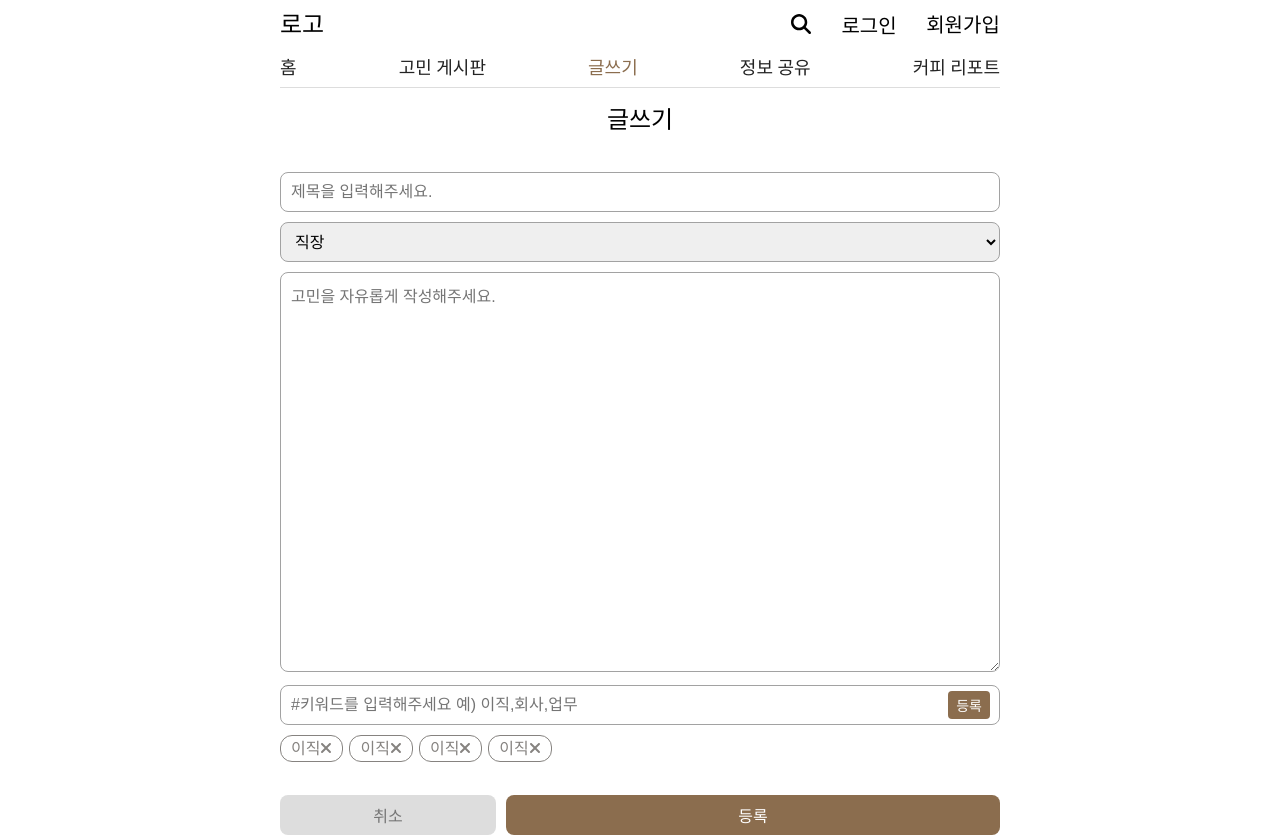
Repository: zlazlazla35/coffee
Page: /writing
The author's editor kept a copy of each file at every save. The page is drawn from the files as they stood at one save, then again after the next save.
The browser window is 1280 px wide. The pictures show the whole page.
The page's requests for data from a server got no answer. Some web fonts or font styles are not loaded; a fallback is used. The project was rebuilt for these pictures with package versions that can differ from the ones it lists, and the page was loaded fresh each time. The framework's server and built-in components were replaced by stand-ins that run in the browser. No one was signed in, and anything a server would have sent is missing. Also part of the build but not shown: next.config.mjs, src/app/LogOutButton.js.

Above is the page before, as saved 2025-01-08 17:42:13.

### src/app/layout.js
import { Geist, Geist_Mono } from "next/font/google";
import "./globals.css";
import Link from "next/link";
import { FontAwesomeIcon } from '@fortawesome/react-fontawesome'
import { faMagnifyingGlass, faUser } from '@fortawesome/free-solid-svg-icons'
import NavMenu from "./component/NavMenu";
import LoginButton from "./LoginButton";
import { getServerSession } from "next-auth";
import { authOptions } from "../../pages/api/auth/[...nextauth]";
import LogOutButton from "./LogOutButton";

const geistSans = Geist({
  variable: "--font-geist-sans",
  subsets: ["latin"],
});

const geistMono = Geist_Mono({
  variable: "--font-geist-mono",
  subsets: ["latin"],
});

export const metadata = {
  title: "Create Next App",
  description: "Generated by create next app",
};




export default async function RootLayout({ children }) {


const loginData = await getServerSession(authOptions);




  return (
    <html lang="en">
      <body className={`${geistSans.variable} ${geistMono.variable}`}>
        <div className="nav_bar">
          <div className="nav_bar_top">
            <Link className="logo" href={'/'}>로고</Link>
            <div className="userBox">
              <button>
                <FontAwesomeIcon icon={faMagnifyingGlass} />
              </button>
                {
                  loginData == null ? <LoginButton/> : <LogOutButton/>
                }
                {
                  loginData == null ? <Link href={'/join'}>회원가입</Link> : null
                }
            </div>
          </div>
          <div className="nav_bar_bottom">
            <NavMenu></NavMenu>
          </div>
        </div>
        {children}
      </body>
    </html>
  );
}

### src/app/writing/page.js
'use client'

import { useState } from "react"
import { FontAwesomeIcon } from '@fortawesome/react-fontawesome'
import { faXmark } from '@fortawesome/free-solid-svg-icons'


export default function Writing() {
    const option = [
        { value: 0, label: '직장' },
        { value: 1, label: '연애' },
        { value: 2, label: '취업/진로' },
        { value: 3, label: '가족' },
        { value: 4, label: '결혼/육아' },
        { value: 5, label: '친구' },
        { value: 6, label: '학업/고시' },
        { value: 7, label: '중독' },
        { value: 8, label: '사업/금전' },
        { value: 9, label: '질병/질환' }
    ]


    let [title, setTitle] = useState('');
    let [content, setContent] = useState('');
    let [time, setTime] = useState('');
    let [category, setCategory] = useState('');
    let [keyword, setKeyword] = useState('');
    let [keyword2, setKeyword2] = useState('');


    //현재 날짜
    const today = new Date();
    const formattedDate = `${today.getFullYear()}-${today.getMonth() + 1}-${today.getDate()}`;

    //현재시간 가져오기
    const currentTimer = () => {
        const hours = String(today.getHours()).padStart(2, "0");
        const minutes = String(today.getMinutes()).padStart(2, "0");
        setTime(`${hours}:${minutes}  `)
    }
    const startTimer = () => {
        setInterval(currentTimer, 1000)
    }
    startTimer()


    //카테고리 셀렉값 가져오기
    const handleSelect = (e) => {
        setCategory(e.target.value);
    };


    //키워드 반점 포함되어있는지 검사 후 배열로 변환
    const keyWordHandler = (keyword) => {
        const keyWord_regex = /,/;
        if (keyWord_regex.test(keyword)) {
            const str = keyword;
            const noSpaces = str.replace(/\s/g, '');
            const arr = noSpaces.split(",");
            setKeyword2(arr)
        } else {
            alert('예시에 맞게 작성해주세요.')
        }
    }





    return (
        <div className="writing">
            <h2 className="title">글쓰기</h2>
            <input type="text" name="name" placeholder="제목을 입력해주세요." onChange={(e) => {
                setTitle(e.target.value);
            }} />
            <select onChange={handleSelect} value={category}>
                {
                    option.map((data, i) => {
                        return (
                            <option key={i} value={data.label}>{data.label}</option>
                        )
                    })
                }
            </select>
            <textarea placeholder="고민을 자유롭게 작성해주세요." onChange={(e) => {
                setContent(e.target.value);
            }} />
            <div className="keyWord_box">
                <input type="text" placeholder="#키워드를 입력해주세요 예) 이직,회사,업무" onChange={(e) => { setKeyword(e.target.value) }} />
                <button className="keyWord_btn" type="submit" onClick={() => {
                    keyWordHandler(keyword);
                }}>등록</button>
            </div>
            <ul className="keyWord_tag">
                <li>이직<FontAwesomeIcon icon={faXmark} /></li>
                <li>이직<FontAwesomeIcon icon={faXmark} /></li>
                <li>이직<FontAwesomeIcon icon={faXmark} /></li>
                <li>이직<FontAwesomeIcon icon={faXmark} /></li>
            </ul>
            <div className="bottom_butBox">
                <button className="back">취소</button>
                <button className="complete" type="submit" onClick={() => {
                    fetch('/api/auth/writing', {
                        method: 'POST',
                        body: JSON.stringify({
                            title: title,
                            content: content,
                            date: formattedDate,
                            time: time,
                            keyword: keyword2,
                            category: category
                        })
                    }).then((res) => {
                        return res.jon()
                    }).then((result) => {
                        alert(result)
                    })
                }}>등록</button>
            </div>
        </div>
    )
}

### src/app/globals.css
@font-face {
    font-family: 'Ownglyph_StudyHard-Rg';
    src: url('https://fastly.jsdelivr.net/gh/projectnoonnu/2411-3@1.0/Ownglyph_StudyHard-Rg.woff2') format('woff2');
    font-weight: normal;
    font-style: normal;
}
@import url(https://cdn.jsdelivr.net/gh/moonspam/NanumSquare@1.0/nanumsquare.css);
/* /styles/reset.css */
body {font-family: 'Ownglyph_StudyHard-Rg' !important;}
html, body, div, span, applet, object, iframe,
h1, h2, h3, h4, h5, h6, p, blockquote, pre,
a, abbr, acronym, address, big, cite, code,
del, dfn, em, img, ins, kbd, q, s, samp,
small, strike, strong, sub, sup, tt, var,
b, u, i, center,
dl, dt, dd, ol, ul, li,
fieldset, form, label, legend,
table, caption, tbody, tfoot, thead, tr, th, td,
article, aside, canvas, details, embed,
figure, figcaption, footer, header, hgroup,
menu, nav, output, ruby, section, summary,
time, mark, audio, video {
	margin: 0;
	padding: 0;
	border: 0;
	font-size: 100%;
	font: inherit;
	vertical-align: baseline;
}
/* HTML5 display-role reset for older browsers */
article, aside, details, figcaption, figure,
footer, header, hgroup, menu, nav, section {
	display: block;
}
body {
	line-height: 1;
}
ol, ul {
	list-style: none;
}
blockquote, q {
	quotes: none;
}
blockquote:before, blockquote:after,
q:before, q:after {
	content: '';
	content: none;
}
table {
	border-collapse: collapse;
	border-spacing: 0;
}
input:focus {outline: none;}
a {text-decoration: none; color: inherit;}

input {font-family: 'NanumSquare', sans-serif !important;}
textarea {font-family: 'NanumSquare', sans-serif !important;}
select {font-family: 'NanumSquare', sans-serif !important; outline: none !important;}

.nav_bar {width: 100%; max-width: 720px; margin: 0 auto;}
.nav_bar .nav_bar_top {width: 100%; display: flex; align-items: center; justify-content: space-between; box-sizing: border-box; padding: 10px 0; }
.nav_bar .nav_bar_top .logo {font-size: 24px; }
.nav_bar .nav_bar_top .userBox {display: flex; align-items: center; width: 50%; justify-content: flex-end;}
.nav_bar .nav_bar_top .userBox a {width: 100%;  max-width: 74px; font-size: 20px; text-align: center;}
.nav_bar .nav_bar_top .userBox .userLogin{font-size: 18px; margin-right: 10px;}
.nav_bar .nav_bar_top .userBox button {width: 100%; max-width: 22px; display: block; background: none; border: none; padding: 0;}
.nav_bar .nav_bar_top .userBox button {margin-right: 20px;}
.nav_bar .nav_bar_top .userBox button svg {font-size: 20px;}
.nav_bar .nav_bar_top .userBox button:last-child {margin-right: 0;}
.nav_bar .nav_bar_top .userBox button.loginBtn {width: 100%;  max-width: 74px; font-size: 20px; font-family: 'Ownglyph_StudyHard-Rg' !important;}
.nav_bar .nav_bar_bottom {width: 100%; }
.nav_bar .nav_bar_bottom .nav_list {display: flex; align-items: center; justify-content: space-between; box-sizing: border-box; padding: 10px 0; border-bottom: 1px solid #ddd;}
.nav_bar .nav_bar_bottom .nav_list li { font-size: 18px; color: #232323; }
.nav_bar .nav_bar_bottom .nav_list li a.active {color: #8b6d4e; }


.liset_page {width: 100%; max-width: 720px; margin: 0 auto;}
.liset_page .top_border {width: 100%; max-width: 650px; border: 2px solid #8b6d4e; border-radius: 12px; display: flex; align-items: center; justify-content: center; font-size: 16px; box-sizing: border-box; padding: 4px; margin: 20px auto 30px;}
.liset_page .tag {width: 100%;}
.liset_page .tag .tag_list {width: 100%; display: flex; align-items: center; white-space: nowrap; overflow-x: scroll;}
.liset_page .tag .tag_list::-webkit-scrollbar {height: 8px;}
.liset_page .tag .tag_list::-webkit-scrollbar-thumb {background: #a89f96; border-radius: 10px; }
.liset_page .tag .tag_list::-webkit-scrollbar-track {background: rgba(123, 87, 8, 0.1); }
.liset_page .tag .tag_list li {background: #ddd; font-size: 16px; box-sizing: border-box; padding: 4px 8px; border-radius: 12px; margin-right: 10px; cursor: pointer;}
.liset_page .tag .tag_list li:last-child {margin-right: 0;}
.liset_page .tag .tag_list li.on {background: #8b6d4e; color: #fff;}
.liset_page .filterBox {width: 100%; display: flex; align-items: center; justify-content: space-between;}
.liset_page .filterBox .filterSelectBox {display: flex; position: relative; border: 1px solid #8f8f8f; border-radius: 10px; width: 100%; max-width: 69px; height: 28px; align-items: center; justify-content: center; margin: 20px 0; cursor: pointer;}
.liset_page .filterBox .filterSelectBox .title {font-size: 16px; color: #8f8f8f;}
.liset_page .filterBox .filterSelectBox .title svg {font-size: 14px; margin-left: 4px;}
.liset_page .filterBox .filterSelectBox .filterSelect {position: absolute; left: 50%; top: 34px; width: 100%; transform: translateX(-50%); border-radius: 8px; overflow: hidden; background: #fff; z-index: 999;}
.liset_page .filterBox .filterSelectBox .filterSelect {width: 100%; box-shadow: 2px 2px 12px rgba(0, 0, 0, 0.2);}
.liset_page .filterBox .filterSelectBox .filterSelect li {width: 100%; text-align: center; box-sizing: border-box; padding: 6px 0; border-bottom: 1px solid #ddd; font-size: 16px; color: #8f8f8f;}
.liset_page .filterBox .tag_reset{display: inline-block; box-sizing: border-box; padding: 4px; border: 1px solid #8f8f8f; background: none; color: #8f8f8f; font-size: 14px; border-radius: 10px;}


.liset_page .list_card {width: 100%; box-sizing: border-box; padding: 10px; border: 1px solid #232323; border-radius: 12px; margin-bottom: 40px; cursor: pointer;}
.liset_page .list_card .list_card_top {width: 100%; display: flex; align-items: center; justify-content: space-between; margin-bottom: 20px;}
.liset_page .list_card .list_card_top .title {display: inline-block; box-sizing: border-box; padding: 6px 16px; font-size: 14px; background: #8b6d4e; color: #fff; border-radius: 4px;}
.liset_page .list_card .list_card_top .bookIcon {display: inline-block;}
.liset_page .list_card .list_card_top .bookIcon svg {font-size: 20px;}
.liset_page .list_card .userText {width: 100%;}
.liset_page .list_card .userText .userTitle {font-size: 20px; font-weight: 600; margin-bottom: 4px;}
.liset_page .list_card .userText .userId {font-size: 14px; color: #a2a2a2;}
.liset_page .list_card .userText .text {margin-top: 40px; font-size: 18px; white-space:pre-wrap ; text-overflow: ellipsis;    display: -webkit-box; -webkit-line-clamp: 3; -webkit-box-orient: vertical; overflow: hidden;}
.liset_page .list_card .list_card_bottom {width: 100%; display: flex; align-items: center; justify-content: space-between; margin-top: 40px;}
.liset_page .list_card .list_card_bottom .tag {display: flex; align-items: center;}
.liset_page .list_card .list_card_bottom .tag li {font-size: 16px; margin-right: 10px; color: #8b6d4e;}
.liset_page .list_card .list_card_bottom .comment {display: flex; align-items: center; justify-content: flex-end; font-size: 16px; color: #a2a2a2;}
.liset_page .list_card .list_card_bottom .comment  svg {font-size: 20px; margin-right: 4px; color: #8b6d4e;}



.writing {width: 100%; max-width: 720px; margin: 0 auto; text-align: center; overflow: hidden;}
.writing .title {font-size: 24px; margin: 20px 0 40px;}
.writing {width: 100%;}
.writing input {width: 100%; height: 40px; box-sizing: border-box; padding: 10px; font-size: 16px;  border-radius: 8px; border: 1px solid #a2a2a2;}
.writing .bottom_butBox {width: 100%; display: flex; align-items: center; justify-content: space-between; margin-top: 70px;}
.writing button.complete {width: calc(70% - 10px); height: 40px; background: #8b6d4e; color: #fff; font-size: 16px; border: none; border-radius: 8px; }
.writing button.back {width: 30%;  height: 40px; background: #ddd; color: #757575; font-size: 16px; border: none; border-radius: 8px; margin-right: 10px;}
.writing select {width: 100%; height: 40px; box-sizing: border-box; padding: 10px; font-size: 16px; margin: 10px 0; border-radius: 8px; border: 1px solid #a2a2a2;}
.writing textarea {width: 100%; height: 400px; box-sizing: border-box; padding: 10px; font-size: 16px; margin-bottom: 10px; border-radius: 8px; border: 1px solid #a2a2a2;}
.writing .keyWord_box {position: relative; margin-bottom: 10px;}
.writing .keyWord_box .keyWord_btn{position: absolute; right: 10px; top: 50%; transform: translateY(-50%); margin: 0; padding: 4px 8px; background: #8b6d4e; color: #fff; font-size: 14px; border: none; border-radius: 4px;}
.writing .keyWord_tag {width: 100%; float: left;}
.writing .keyWord_tag li { float: left; display: inline-block; border: 1px solid #868380; color: #868380; box-sizing: border-box; padding: 4px 10px; border-radius: 12px; margin-right: 6px;}

### src/app/component/NavMenu.js
'use client'

import Link from "next/link";
import { usePathname } from "next/navigation";

export default function NavMenu() {
    const pathname = usePathname();

    return (
        <ul className="nav_list">
            <li>
                <Link href={'/'}>홈</Link>
            </li>
            <li>
                <Link className={pathname == '/list'? 'active' : null} href={'/list'}>고민 게시판</Link>
            </li>
            <li>
                <Link className={pathname == '/writing'? 'active' : null} href={'/writing'}>글쓰기</Link>
            </li>
            <li>
                <Link className={pathname == '/share'? 'active' : null} href={'/share'}>정보 공유</Link>
            </li>
            <li>
                <Link className={pathname == '/report'? 'active' : null} href={'/report'}>커피 리포트</Link>
            </li>
        </ul>
    )
}

### src/app/LoginButton.js
"use client";
import { signIn } from "next-auth/react";
import { FontAwesomeIcon } from '@fortawesome/react-fontawesome'
import { faUser } from '@fortawesome/free-solid-svg-icons'


export default function LoginButton() {
    return (
        <button className="loginBtn" onClick={() => { signIn(); }}>
            로그인
        </button>
    )
}

### pages/api/auth/[...nextauth].js

import { connectDB } from "../../../utill/database";
import { MongoDBAdapter } from "@next-auth/mongodb-adapter";
import NextAuth, { getServerSession } from "next-auth";
import GithubProvider from "next-auth/providers/github";
import CredentialsProvider from "next-auth/providers/credentials";
import bcrypt from "bcrypt";






export const authOptions = {


  providers: [
    GithubProvider({
      clientId: 'Ov23liQhKFsCYfEF01pm',
      clientSecret: '1b2a947c09b799f2f4cdc959298391cf7b81e72f',
    }),

    CredentialsProvider({
      //1. 로그인페이지 폼 자동생성해주는 코드
      name: "credentials",
      credentials: {
        email: { label: "email", type: "text" },
        password: { label: "password", type: "password" },
      },

      //2. 로그인요청시 실행되는코드
      //직접 DB에서 아이디,비번 비교하고
      //아이디,비번 맞으면 return 결과, 틀리면 return null 해야함
      async authorize(credentials) {
        let db = (await connectDB).db('coffee');
        let user = await db.collection('user_cred').findOne({ email: credentials.email })
        if (!user) {
          console.log('가입되어있는 이메일이 없습니다.');
          return null
        }
        const pwcheck = await bcrypt.compare(credentials.password, user.password);
        if (!pwcheck) {
          console.log('비밀번호를 확인해주세요.');
          return null
        }
        return user
      }
    })
  ],

  //3. jwt 써놔야 잘됩니다 + jwt 만료일설정
  session: {
    strategy: 'jwt',
    maxAge: 30 * 24 * 60 * 60 //30일
  },


  callbacks: {
    //4. jwt 만들 때 실행되는 코드
    //user변수는 DB의 유저정보담겨있고 token.user에 뭐 저장하면 jwt에 들어갑니다.
    jwt: async ({ token, user }) => {
      if (user) {
        token.user = {};
        token.user.name = user.name
        token.user.email = user.email
      }
      return token;
    },
    //5. 유저 세션이 조회될 때 마다 실행되는 코드
    session: async ({ session, token }) => {
      session.user = token.user;
      return session;
    }

  },







  adapter: MongoDBAdapter(connectDB),
  secret: process.env.NEXTAUTH_SECRET ,
};
export default NextAuth(authOptions);

### utill/database.js
import { MongoClient } from 'mongodb'
const url = 'mongodb+srv://admin:aabbcc2376@cluster0.m6lqa.mongodb.net/?retryWrites=true&w=majority&appName=Cluster0'
let connectDB

if (process.env.NODE_ENV === 'development') {
    if (!global._mongo) {
        global._mongo = new MongoClient(url).connect()
    }
    connectDB = global._mongo
} else {
    connectDB = new MongoClient(url).connect()
}

export { connectDB }

After the next save:
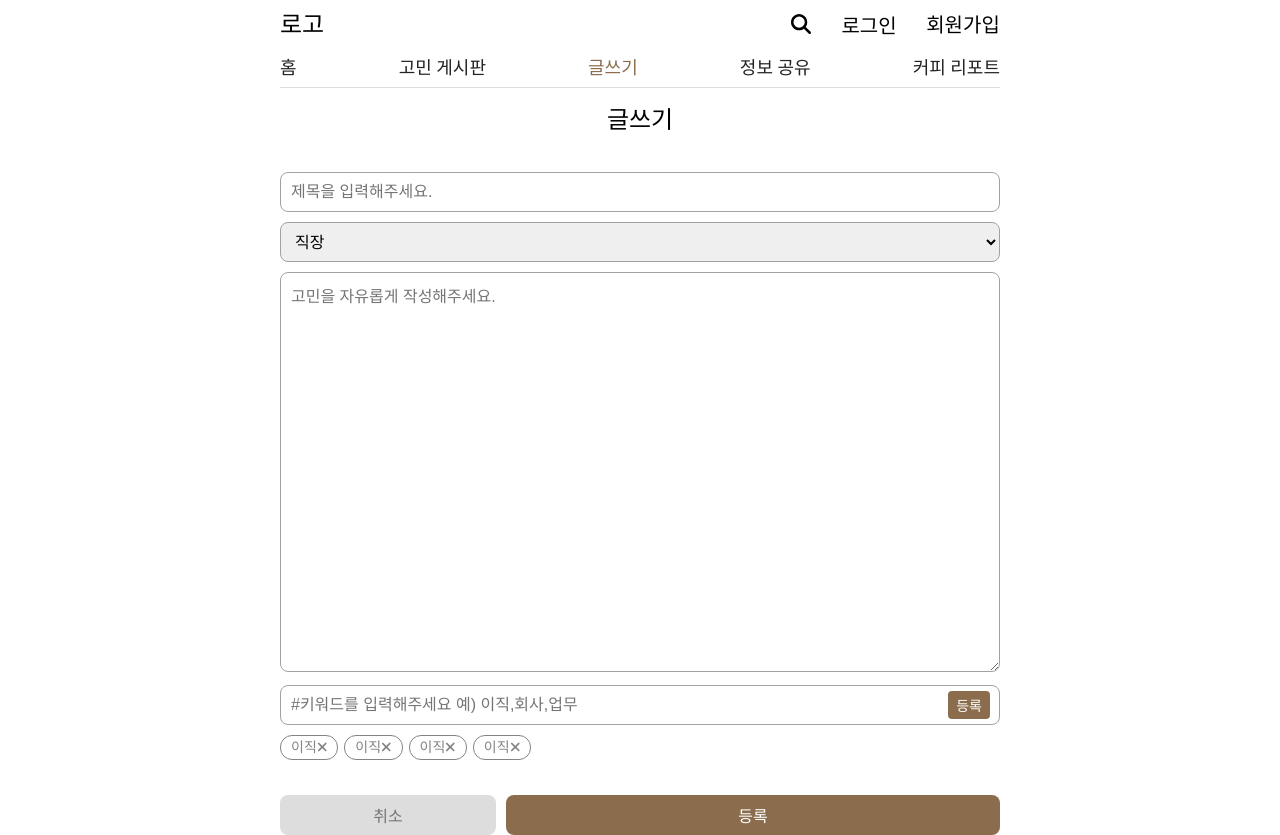
Saved 6 s later.
--- a/src/app/globals.css
+++ b/src/app/globals.css
@@ -123,4 +123,4 @@ select {font-family: 'NanumSquare', sans-serif !important; outline: none !import
 .writing .keyWord_box {position: relative; margin-bottom: 10px;}
 .writing .keyWord_box .keyWord_btn{position: absolute; right: 10px; top: 50%; transform: translateY(-50%); margin: 0; padding: 4px 8px; background: #8b6d4e; color: #fff; font-size: 14px; border: none; border-radius: 4px;}
 .writing .keyWord_tag {width: 100%; float: left;}
-.writing .keyWord_tag li { float: left; display: inline-block; border: 1px solid #868380; color: #868380; box-sizing: border-box; padding: 4px 10px; border-radius: 12px; margin-right: 6px;}
+.writing .keyWord_tag li { float: left; display: inline-block; border: 1px solid #868380; color: #868380; box-sizing: border-box; padding: 4px 10px; border-radius: 12px; margin-right: 6px; font-size: 14px;}
